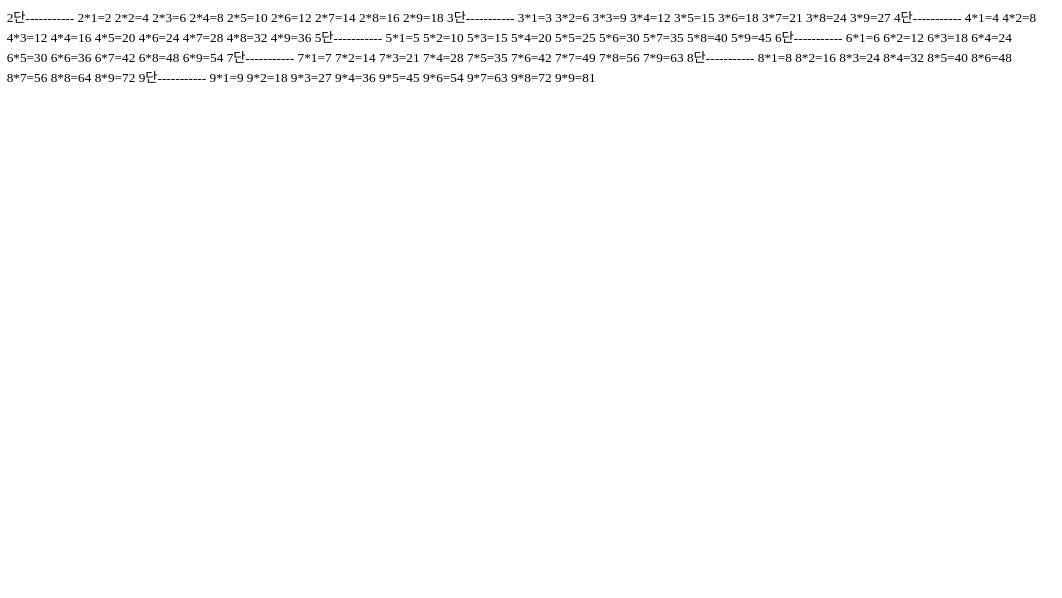
Repository: djdh94/JSP
Page: http://localhost/JSPBasic/JspTag/Scriptlet.jsp
An editor plug-in stored every save of this project. The page is shown before and after the next save, followed by the edit.
The browser window is 1280 px wide. The pictures show the whole page, at 83% of full size.
The page is served by Tomcat 9.

Above is the page before, as saved 2022-12-16 12:44:05.

### JSPBasic/src/main/webapp/JspTag/Scriptlet.jsp
<%@ page language="java" contentType="text/html; charset=UTF-8"
    pageEncoding="UTF-8"%>
<!DOCTYPE html>
<html>
<head>
<meta charset="UTF-8">
<title>Insert title here</title>
</head>
<body>
	<%
	for(int dan=2; dan<10; dan++){
		out.println(dan+"단-----------");
		for(int i=1; i<10; i++){
			out.println(dan+"*"+i+"="+dan*i);
		}
	}
	%>
</body>
</html>

After the next save:
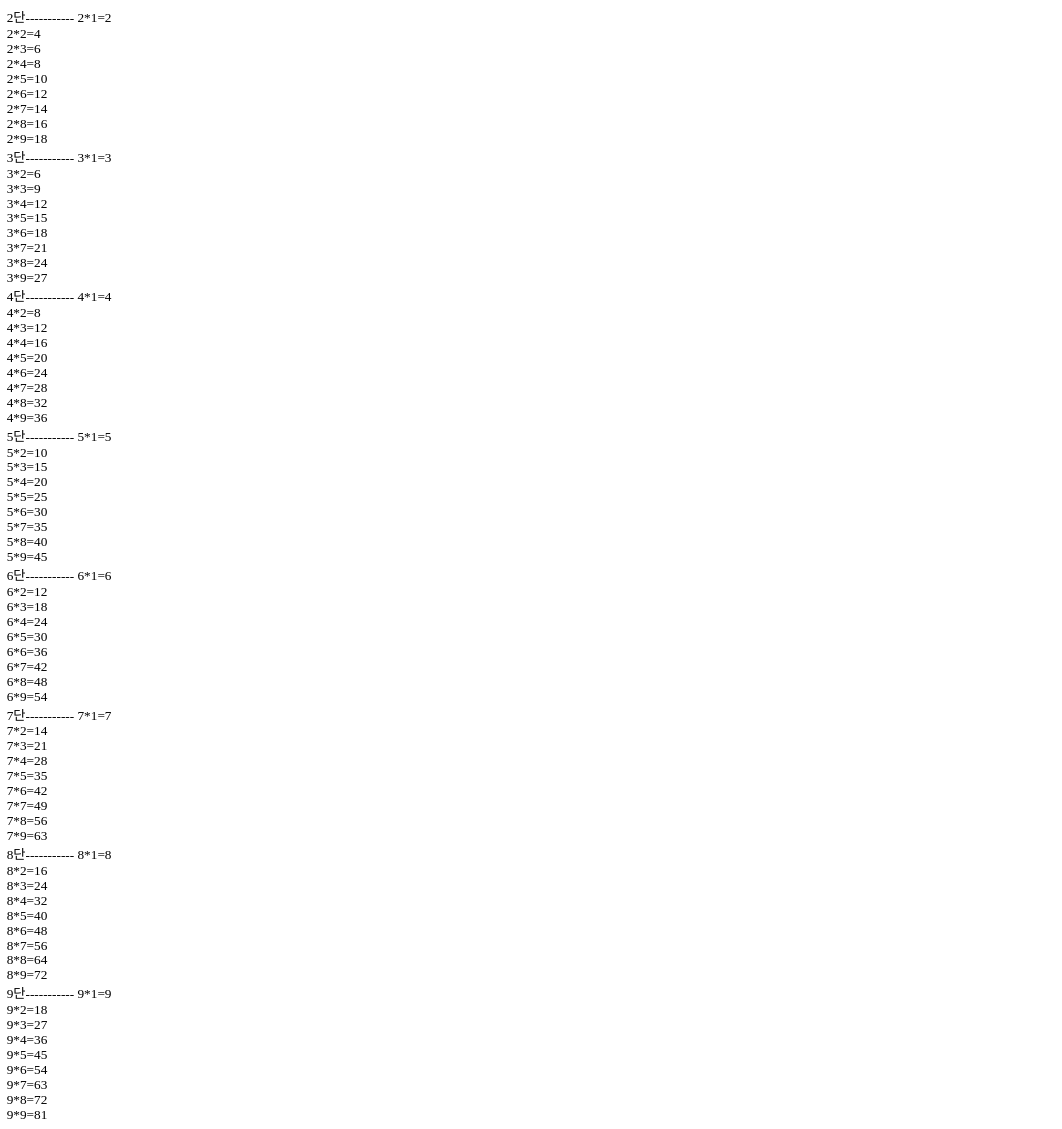
Saved 30 s later.
--- a/JSPBasic/src/main/webapp/JspTag/Scriptlet.jsp
+++ b/JSPBasic/src/main/webapp/JspTag/Scriptlet.jsp
@@ -11,7 +11,7 @@
 	for(int dan=2; dan<10; dan++){
 		out.println(dan+"단-----------");
 		for(int i=1; i<10; i++){
-			out.println(dan+"*"+i+"="+dan*i);
+			out.println(dan+"*"+i+"="+dan*i+"<br/>");
 		}
 	}
 	%>
